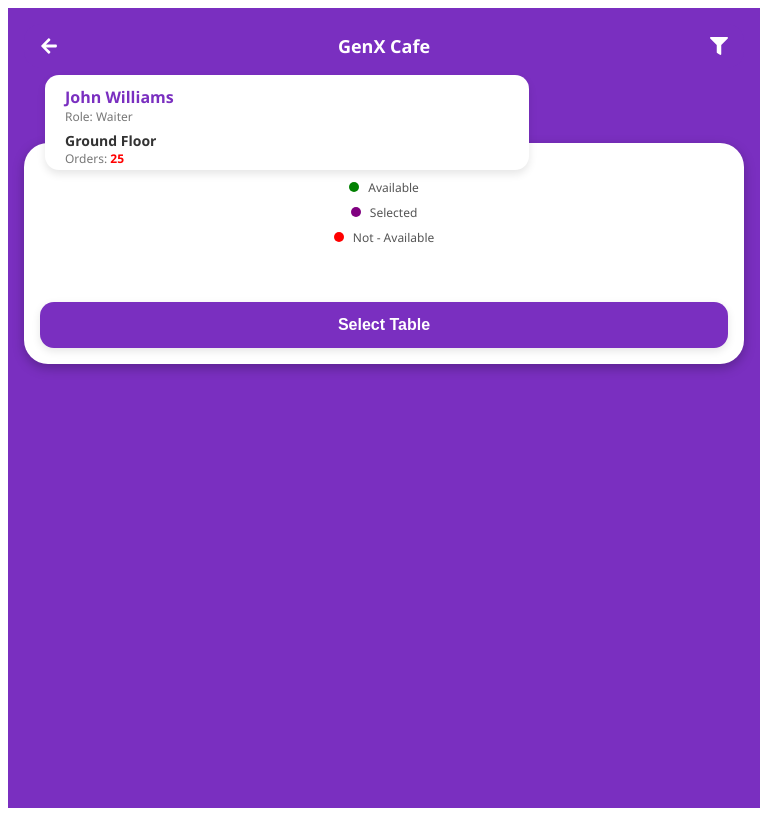
Repository: rajeshwaranslv/sturdy-spork-genx-frontend
Page: /
An editor plug-in stored every save of this project. The page is shown before and after the next save, followed by the edit.
The browser window is 768 px wide. The pictures show the whole page.
The page's requests for data from a server got no answer. The project was rebuilt for these pictures with package versions that can differ from the ones it lists, and the page was loaded fresh each time. No one was signed in, and anything a server would have sent is missing. Also part of the build but not shown: src/components/MenuSelection.js, src/components/OrderReview.js, src/components/Billing.js, src/components/Success.js.

Above is the page before, as saved 2025-07-15 10:38:37.

After the next save:
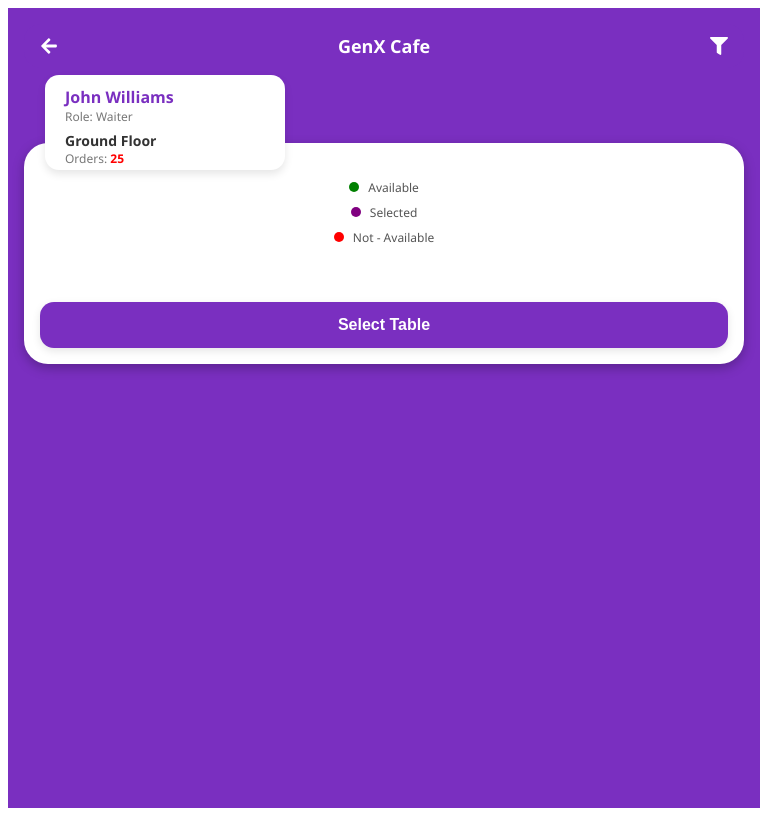
Saved 85 s later.
--- a/src/components/style.css
+++ b/src/components/style.css
@@ -453,7 +453,7 @@
     display: flex;
     justify-content: space-between;
     align-items: center;
-    width: 444px;
+    width: 200px;
     position: relative;
     top: 27px;
     height: 73px;
